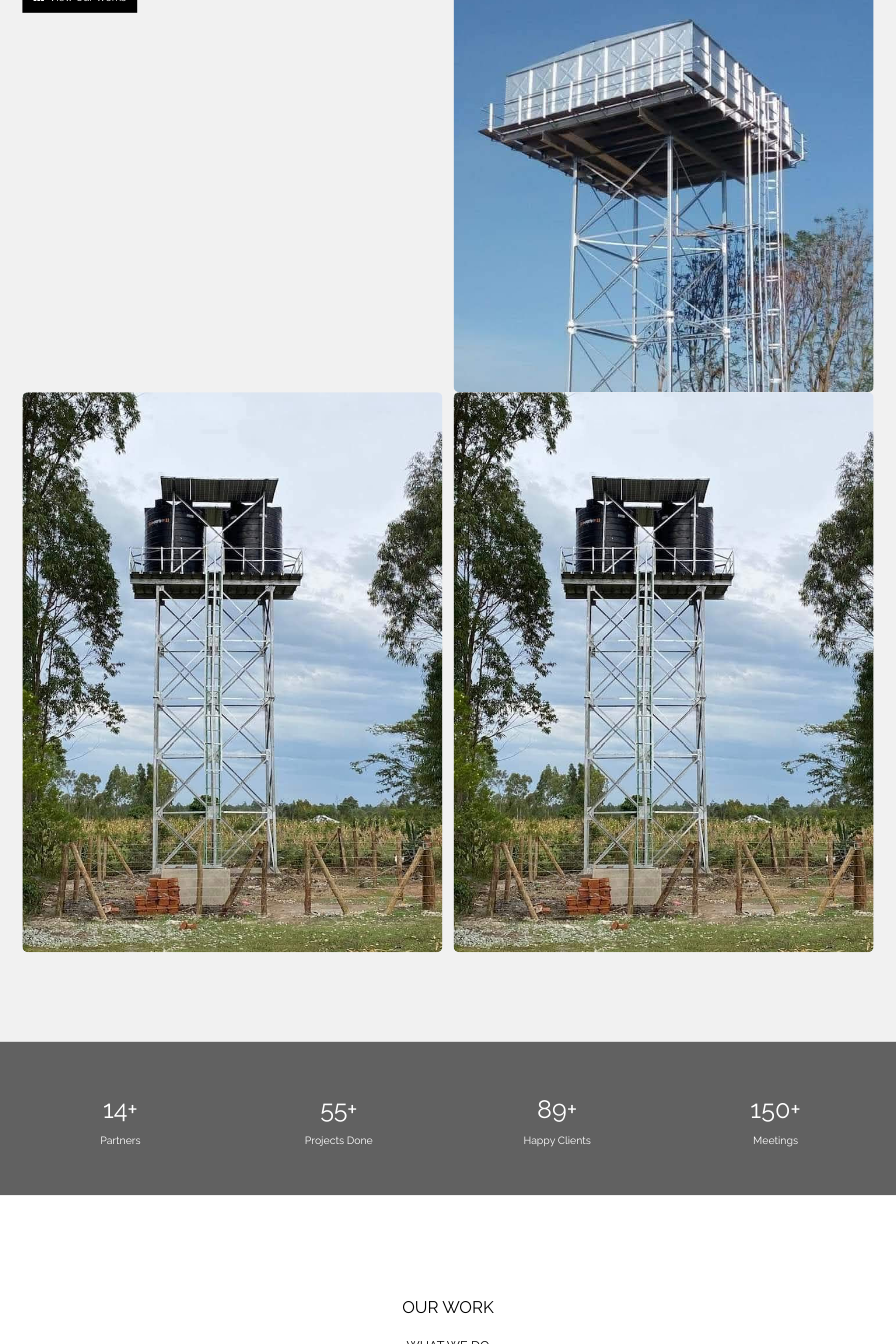
Repository: peterclermy232/LAZCOM
Page: index.html
The author's editor kept a copy of each file at every save. The page is drawn from the files as they stood at one save, then again after a run of saves.
The browser window is 1280 px wide. The pictures show the part of the page from y = 2065 to 3985 px (the page is 7470 px tall), at 70% of full size.
A picture or video elsewhere on the page could not be fetched, so the positions and the page height are approximate.

Above is the page before, as saved 2022-06-23 08:23:52.

### index.html
<!DOCTYPE html>
<html>
<head>
<title>LAZCOM SOLAR AND ELECTRICALS SERVICES</title>
<meta charset="UTF-8">
<meta name="viewport" content="width=device-width, initial-scale=1">
<link rel="stylesheet" href="https://www.w3schools.com/w3css/4/w3.css">
<link rel="stylesheet" href="https://fonts.googleapis.com/css?family=Raleway">
<link rel="stylesheet" href="https://cdnjs.cloudflare.com/ajax/libs/font-awesome/4.7.0/css/font-awesome.min.css">
<style>
body,h1,h2,h3,h4,h5,h6 {font-family: "Raleway", sans-serif}

body, html {
  height: 100%;
  line-height: 1.8;
}

/* Full height image header */
.bgimg-1 {
  background-position: center;
  background-size: cover;
  background-image: url("images/sunsolar.jpeg");
  min-height: 100%;
}

.w3-bar .w3-button {
  padding: 16px;
}
</style>
</head>
<body>

<!-- Navbar (sit on top) -->
<div class="w3-top">
  <div class="w3-bar w3-white w3-card" id="myNavbar">

    <a href="#home" class="w3-bar-item w3-button w3-wide">
        <img src="images/images.png" alt="" style="width: 45%;">
    </a>
    <!-- Right-sided navbar links -->
    <div class="w3-right w3-hide-small">
      <a href="#about" class="w3-bar-item w3-button">ABOUT</a>
      <a href="#team" class="w3-bar-item w3-button"><i class="fa fa-user"></i> REFERENCES</a>
      <a href="#work" class="w3-bar-item w3-button"><i class="fa fa-th"></i> WORK</a>
      <!--<a href="#pricing" class="w3-bar-item w3-button"><i class="fa fa-usd"></i> PRICING</a>-->
      <a href="#contact" class="w3-bar-item w3-button"><i class="fa fa-envelope"></i> CONTACT</a>
    </div>
    <!-- Hide right-floated links on small screens and replace them with a menu icon -->

    <a href="javascript:void(0)" class="w3-bar-item w3-button w3-right w3-hide-large w3-hide-medium" onclick="w3_open()">
      <i class="fa fa-bars"></i>
    </a>
  </div>
</div>

<!-- Sidebar on small screens when clicking the menu icon -->
<nav class="w3-sidebar w3-bar-block w3-black w3-card w3-animate-left w3-hide-medium w3-hide-large" style="display:none" id="mySidebar">
  <a href="javascript:void(0)" onclick="w3_close()" class="w3-bar-item w3-button w3-large w3-padding-16">Close ×</a>
  <a href="#about" onclick="w3_close()" class="w3-bar-item w3-button">ABOUT</a>
  <a href="#team" onclick="w3_close()" class="w3-bar-item w3-button">REFERENCES</a>
  <a href="#work" onclick="w3_close()" class="w3-bar-item w3-button">WORK</a>
  <!--<a href="#pricing" onclick="w3_close()" class="w3-bar-item w3-button">PRICING</a>-->
  <a href="#contact" onclick="w3_close()" class="w3-bar-item w3-button">CONTACT</a>
</nav>

<!-- Header with full-height image -->
<header class="bgimg-1 w3-display-container w3-grayscale-min" id="home">
  <div class="w3-display-left w3-text-white" style="padding:48px">
    <span class="w3-jumbo w3-hide-small" style="color: green;">Services beyond you expectations</span><br>
    <span class="w3-xxlarge w3-hide-large w3-hide-medium">Start something that matters</span><br>
    <span class="w3-large">Lazcom is here to help you stay in a well ventilate house.</span>
    <p><a href="#about" class="w3-button w3-white w3-padding-large w3-large w3-margin-top w3-opacity w3-hover-opacity-off">Learn more and start today</a></p>
  </div>
  <div class="w3-display-bottomleft w3-text-grey w3-large" style="padding:24px 48px">

</header>

<!-- About Section -->
<div class="w3-container" style="padding:128px 16px" id="about">
  <h3 class="w3-center">ABOUT THE COMPANY</h3>
  <p class="w3-center w3-large">Key features of our company</p>
  <div class="w3-row-padding w3-center" style="margin-top:64px">
    <h3 style="text-align: center;">COMPANY PROFILE</h3>
<p>Lazcom Solar and Electrical Services Limited is a Company registered in Kenya
    in accordance to chap. 486 of Company’s act. Started in 2009 as a sole
    proprietorship, Lazcom Solar has grown in customer base and service and it
    was then registered as a Limited Company in Kenya in 2013.
    We
    specialize
    in
    design,
    selection,
    purchase,
    servicing,
    maintenance,
    replacement, installation, testing and commissioning of all types of green
    energy solutions up to and including solar water heating system, power back up
    systems,Borehole drilling and Equiping, solar water pump installation and to
    carry on business as consultants, advisers and service providers in respect of</p>
</div>
    <div class="">

      <p class="w3-large">Visson</p>
      <p>To be a leading alternative energy solutions provider by offering affordable and
        environmental friendly green energy solar solutions beyond the expectations of
        our clients.</p>
    </div>
    <div class="" style="margin: auto;">

      <p class="w3-large">Mission</p>
      <p>To satisfy our customers by offering efficient, effective, environmental friendly
        and affordable electric light, heating and power supplies using the latest
        technology and state of the art equipment for both commercial and residential
        use in accordance to our clients' needs.</p>
    </div>
</div>
    <div class="image">

        <p style="text-align: center;">Values</p>
        <p style="text-align: center;">Our Values Define our Being:</p>
        <div class="fakeimg">
            <ul>
              <li>We accept that challenges make us stronger and we enjoy the satisfaction of a
                job well done. We take action, make things real, work smart, have fun, and
                maintain a positive outlook in all things we do.</li>
              <li>We lead by example and use honesty, integrity, and open communications in all
                of our interactions.</li>
              <li>We strive to continually grow and improve as individuals, as a team, and as a
                company.</li>
              <li>We maintain a cost conscious attitude, promote increased efficiency, and
                ensure quality, which leads to a competitive edge in the marketplace.</li>
              <li>Sustainability and environmental stewardship through alternative energy
                sources and renewable energy systems is the core of our business, not only in
                our products and services we offer, but also the way we operate.</li>
              <li>We achieve customer satisfaction by honoring our commitments, exceeding
                expectations, and providing the highest quality products and service.</li>
            </ul>
          </div>
      </div>
</div>

<!-- Promo Section - "We know design" -->
<div class="w3-container w3-light-grey" style="padding:128px 16px">
  <div class="w3-row-padding">
    <div class="w3-col m6">
      <p><a href="#work" class="w3-button w3-black"><i class="fa fa-th"> </i> View Our Works</a></p>
    </div>
    <div class="w3-col m6">
      <img class="w3-image w3-round-large" src="images/metal.jpeg" alt="Buildings" width="700" height="394">
    </div>
    <div class="w3-col m6">

      <img class="w3-image w3-round-large" src="images/tank.jpeg" alt="Buildings" width="700" height="394">
    </div>
    <div class="w3-col m6">

      <img class="w3-image w3-round-large" src="images/tank.jpeg" alt="Buildings" width="700" height="394">
    </div>
  </div>
</div>

<!-- Team Section -->
<!-- Promo Section "Statistics" -->
<div class="w3-container w3-row w3-center w3-dark-grey w3-padding-64">
  <div class="w3-quarter">
    <span class="w3-xxlarge">14+</span>
    <br>Partners
  </div>
  <div class="w3-quarter">
    <span class="w3-xxlarge">55+</span>
    <br>Projects Done
  </div>
  <div class="w3-quarter">
    <span class="w3-xxlarge">89+</span>
    <br>Happy Clients
  </div>
  <div class="w3-quarter">
    <span class="w3-xxlarge">150+</span>
    <br>Meetings
  </div>
</div>

<!-- Work Section -->
<div class="w3-container" style="padding:128px 16px" id="work">
  <h3 class="w3-center">OUR WORK</h3>
  <p class="w3-center w3-large">WHAT WE DO</p>

  <div class="w3-row-padding" style="margin-top:64px">
    <div class="w3-col l3 m6">
      <div class="w3-quarter">
        <img src="images/person1.jpeg" alt="">
      </div>

    </div>
   <!-- <div class="w3-col l3 m6">
      <div class="w3-quarter">
        <img src="images/person2.jpeg" alt="">
      </div>
    </div>
    -->
    <div class="w3-col l3 m6">
      <div class="w3-quarter">
        <img src="images/machine.jpeg" alt="">
      </div>
    </div>
  </div>

  <div class="w3-row-padding" style="margin-top:64px">
    <div class="w3-col l3 m6">
        <ol>
            <li>Designs, installations and Maintainance.</li>
            <li>Solar energy(lighting,water heating,pumping and street lighting)</li>
            <li>Power back-up system installation and maintainance</li>
            <li>Service and maintainance contracts</li>
            <li>Water pumps and Borehole services(Drilling and Equiping).</li>
            <li>General electrical designs and installations.</li>
            <li>Swimming pool design,installation and maintainance.</li>
          </ol>
    </div>
    <div class="w3-col l3 m6">
        <ol>
            <h3>We supply and install:</h3>
            <div>
              <li>Solar panels</li>
              <li>Generators</li>
              <li>Solar batteries</li>
              <li>Water pumps</li>
              <li>Inverters</li>
              <li>Electrical and plumbling</li>
              <li>Solar water heating systems</li>
              <li>Wiring</li>
              </div>
        </ol>
    </div>
    <div class="w3-col l3 m6">
        <h5>P.V application</h5>
        <ol>
          <li>Household appliances e.g. TVs, radio, home theatre, laptops etc</li>
          <li>Water pumping for small scale remote irrigation, stock watering and
            residential use.</li>
          <li>Lighting for residential needs, billboards, security, street lights, parking
            lots, pathways and schools.</li>
          <li>Refrigeration for medical and recreational uses.</li>
        </ol>
    </div>
    <div class="w3-col l3 m6">
        <p>Advantages of solar lighting</p>
  <ol>
    <li>Reliability</li>
    <li>Low operating costs</li>
    <li>Low environmental pollution</li>
    <li>Stand alone capability</li>
    <li>Portability</li>
    <li>Modularity</li>
    <li>Safety</li>
    <li>Ease of installation</li>
  </ol>
    </div>
  </div>

  <div class="w3-row-padding w3-section">
    <div class="w3-col l3 m6">
        <ol class=" flex-column">
            <h6><b>Solar powered water pumping systems (diagrams/pictures)</b></h6>
            <li class="nav-item">
              Grundfos -borehole applications
            </li>
            <li class="nav-item">
              Lorentzs pumps- for shallow wells,boreholes and booster applicati
            </li>
            <li class="nav-item">
              Dayliff pumps- shallow wells,surface and borehole pumps
            </li>
            <li class="nav-item">
              Solar security light
            </li>
            <li class="nav-item">
              Solar powered lanterns
            </li>
            <li class="nav-item">
              Solar garden lights
            </li>
            <li class="nav-item">
              Solar cell phone charger
            </li>
            <li class="nav-item">
              LED bulbs
            </li>
          </ol>
    </div>
    <div class="w3-col l3 m6">
        <p>Advantages of solar water system</p>
        <ol>
          <li>Energy Saving</li>
          <li>Use of free solar energy hence reduction of power bills.</li>
          <li>24 hours hot water</li>
          <li>Long life span-over 20 years</li>
          <li>Maintenance free system</li>
        </ol>
    </div>
    <div class="w3-col l3 m6">
        <p>Advantages of power backup systems</p>
        <ol>
          <li>Standby power in the event of main’s failure</li>
          <li>Alternative to generators which are expensive to maintain and fuel</li>
          <li>Instant and automatic changeover when the mains power fails</li>
          <li>Totally silent and non-polluting operation</li>
          <li>Very low running costs-just the power to charge the batteries</li>
        </ol>
    </div>
    <div class="w3-col l3 m6">
      <img src="/w3images/tech_tableturner.jpg" style="width:100%" onclick="onClick(this)" class="w3-hover-opacity" alt="A tableturner">
    </div>
  </div>
</div>

<!-- Modal for full size images on click-->
<div id="modal01" class="w3-modal w3-black" onclick="this.style.display='none'">
  <span class="w3-button w3-xxlarge w3-black w3-padding-large w3-display-topright" title="Close Modal Image">×</span>
  <div class="w3-modal-content w3-animate-zoom w3-center w3-transparent w3-padding-64">
    <img id="img01" class="w3-image">
    <p id="caption" class="w3-opacity w3-large"></p>
  </div>
</div>

<!-- Skills Section -->
<div class="w3-container w3-light-grey w3-padding-64">
  <div class="w3-row-padding">
    <div class="w3-col m6">
      <h3>Our Skills.</h3>
    <!--  <p>Lorem ipsum dolor sit amet, consectetur adipiscing elit, sed do eiusmod<br>
      tempor incididunt ut labore et dolore.</p>
      <p>Lorem ipsum dolor sit amet, consectetur adipiscing elit, sed do eiusmod<br>
      tempor incididunt ut labore et dolore.</p>
      -->
    </div>
    <div class="w3-col m6">
      <p class="w3-wide"><i class="fa fa-camera w3-margin-right"></i>Solar Installation</p>
      <div class="w3-grey">
        <div class="w3-container w3-dark-grey w3-center" style="width:90%">90%</div>
      </div>
      <p class="w3-wide"><i class="fa fa-desktop w3-margin-right"></i>Plumbing</p>
      <div class="w3-grey">
        <div class="w3-container w3-dark-grey w3-center" style="width:85%">85%</div>
      </div>
      <p class="w3-wide"><i class="fa fa-photo w3-margin-right"></i>Wiring</p>
      <div class="w3-grey">
        <div class="w3-container w3-dark-grey w3-center" style="width:75%">75%</div>
      </div>
    </div>
  </div>
</div>

<!-- Pricing Section
<div class="w3-container w3-center w3-dark-grey" style="padding:128px 16px" id="pricing">
  <h3>PRICING</h3>
  <p class="w3-large">Choose a pricing plan that fits your needs.</p>
  <div class="w3-row-padding" style="margin-top:64px">
    <div class="w3-third w3-section">
      <ul class="w3-ul w3-white w3-hover-shadow">
        <li class="w3-black w3-xlarge w3-padding-32">Basic</li>
        <li class="w3-padding-16"><b>10GB</b> Storage</li>
        <li class="w3-padding-16"><b>10</b> Emails</li>
        <li class="w3-padding-16"><b>10</b> Domains</li>
        <li class="w3-padding-16"><b>Endless</b> Support</li>
        <li class="w3-padding-16">
          <h2 class="w3-wide">$ 10</h2>
          <span class="w3-opacity">per month</span>
        </li>
        <li class="w3-light-grey w3-padding-24">
          <button class="w3-button w3-black w3-padding-large">Sign Up</button>
        </li>
      </ul>
    </div>
    <div class="w3-third">
      <ul class="w3-ul w3-white w3-hover-shadow">
        <li class="w3-red w3-xlarge w3-padding-48">Pro</li>
        <li class="w3-padding-16"><b>25GB</b> Storage</li>
        <li class="w3-padding-16"><b>25</b> Emails</li>
        <li class="w3-padding-16"><b>25</b> Domains</li>
        <li class="w3-padding-16"><b>Endless</b> Support</li>
        <li class="w3-padding-16">
          <h2 class="w3-wide">$ 25</h2>
          <span class="w3-opacity">per month</span>
        </li>
        <li class="w3-light-grey w3-padding-24">
          <button class="w3-button w3-black w3-padding-large">Sign Up</button>
        </li>
      </ul>
    </div>
    <div class="w3-third w3-section">
      <ul class="w3-ul w3-white w3-hover-shadow">
        <li class="w3-black w3-xlarge w3-padding-32">Premium</li>
        <li class="w3-padding-16"><b>50GB</b> Storage</li>
        <li class="w3-padding-16"><b>50</b> Emails</li>
        <li class="w3-padding-16"><b>50</b> Domains</li>
        <li class="w3-padding-16"><b>Endless</b> Support</li>
        <li class="w3-padding-16">
          <h2 class="w3-wide">$ 50</h2>
          <span class="w3-opacity">per month</span>
        </li>
        <li class="w3-light-grey w3-padding-24">
          <button class="w3-button w3-black w3-padding-large">Sign Up</button>
        </li>
      </ul>
    </div>
  </div>
</div>-->

<!-- Contact Section -->
<div class="w3-container w3-light-grey" style="padding:128px 16px" id="contact">
  <h3 class="w3-center">CONTACT</h3>
  <p class="w3-center w3-large">Lets get in touch. Send us a message:</p>
  <div style="margin-top:48px">
    <p><i class="fa fa-map-marker fa-fw w3-xxlarge w3-margin-right"></i> NAIROBI,Kenya</p>
    <p><i class="fa fa-phone fa-fw w3-xxlarge w3-margin-right"></i> Phone: +2547724394458 or +254753532902</p>
    <p><i class="fa fa-envelope fa-fw w3-xxlarge w3-margin-right"> </i> Email: lazkomsolar@gmail.com</p>
    <br>
  <!--  <form action="/action_page.php" target="_blank">
      <p><input class="w3-input w3-border" type="text" placeholder="Name" required name="Name"></p>
      <p><input class="w3-input w3-border" type="text" placeholder="Email" required name="Email"></p>
      <p><input class="w3-input w3-border" type="text" placeholder="Subject" required name="Subject"></p>
      <p><input class="w3-input w3-border" type="text" placeholder="Message" required name="Message"></p>
      <p>
        <button class="w3-button w3-black" type="submit">
          <i class="fa fa-paper-plane"></i> SEND MESSAGE
        </button>
      </p>
    </form>
  -->
    <!-- Image of location/map
    <img src="/w3images/map.jpg" class="w3-image w3-greyscale" style="width:100%;margin-top:48px">
    -->

  </div>
</div>
<div class="w3-container" style="padding:128px 16px" id="team">
    <h3 class="w3-center">REFERENCES:</h3>
    <p class="w3-center w3-large">The ones who we have worked For</p>
    <div class="w3-row-padding w3-grayscale" style="margin-top:64px">
      <div class="w3-col l3 m6 w3-margin-bottom">
          <div class="w3-container">

              <li style="color:red">Loreto srs....Maryward cent
                ...contact..0720953022</li>
            <p>Solar hot water systems...12no.units</p>
            <p>Borehole services</p>
            <p>Generator services</p>
            </li>
          </div>

      </div>
      <div class="w3-col l3 m6 w3-margin-bottom">

          <div class="w3-container">
            <li style="color:red">missionaries of Africa....Contact..
                0718080276</li>
                <p>Solar hot water systems....3units</p>
                <p>Inverter systems....5kw system.</p>
            </li>
          </div>

      </div>
      <div class="w3-col l3 m6 w3-margin-bottom">
          <div class="w3-container">
            <li style="color:red"> Consolata sisters:......
                contact:sr.karthy....0712588471</li>
                <p>Solar hot water systems...6units.</p>
                <p>Borehole services...2no.borehole.</p>
            </li>
          </div>

      </div>
      <div class="w3-col l3 m6 w3-margin-bottom">
          <div class="w3-container">
            <li style="color:red">Hekima University college............Contact:Fr.Elius..0720836944</li>
            <p>Solar hot water systems......8units.</p>
            <p>Borehole services....1no.</p>
            <p>Generator services.</p>
            </li>
          </div>

      </div>
    </div>
  </div>


<!-- Footer -->
<footer class="w3-center w3-black w3-padding-64">
  <a href="#home" class="w3-button w3-light-grey"><i class="fa fa-arrow-up w3-margin-right"></i>To the top</a>
  <div class="w3-xlarge w3-section">
    <i class="fa fa-facebook-official w3-hover-opacity"></i>
    <i class="fa fa-instagram w3-hover-opacity"></i>
    <i class="fa fa-snapchat w3-hover-opacity"></i>
    <i class="fa fa-pinterest-p w3-hover-opacity"></i>
    <i class="fa fa-twitter w3-hover-opacity"></i>
    <i class="fa fa-linkedin w3-hover-opacity"></i>
  </div>
 <!--<p>Powered by <a href="https://www.w3schools.com/w3css/default.asp" title="W3.CSS" target="_blank" class="w3-hover-text-green">w3.css</a></p>-->
</footer>

<script>
// Modal Image Gallery
function onClick(element) {
  document.getElementById("img01").src = element.src;
  document.getElementById("modal01").style.display = "block";
  var captionText = document.getElementById("caption");
  captionText.innerHTML = element.alt;
}


// Toggle between showing and hiding the sidebar when clicking the menu icon
var mySidebar = document.getElementById("mySidebar");

function w3_open() {
  if (mySidebar.style.display === 'block') {
    mySidebar.style.display = 'none';
  } else {
    mySidebar.style.display = 'block';
  }
}

// Close the sidebar with the close button
function w3_close() {
    mySidebar.style.display = "none";
}
</script>

</body>
</html>

After the next 2 saves:
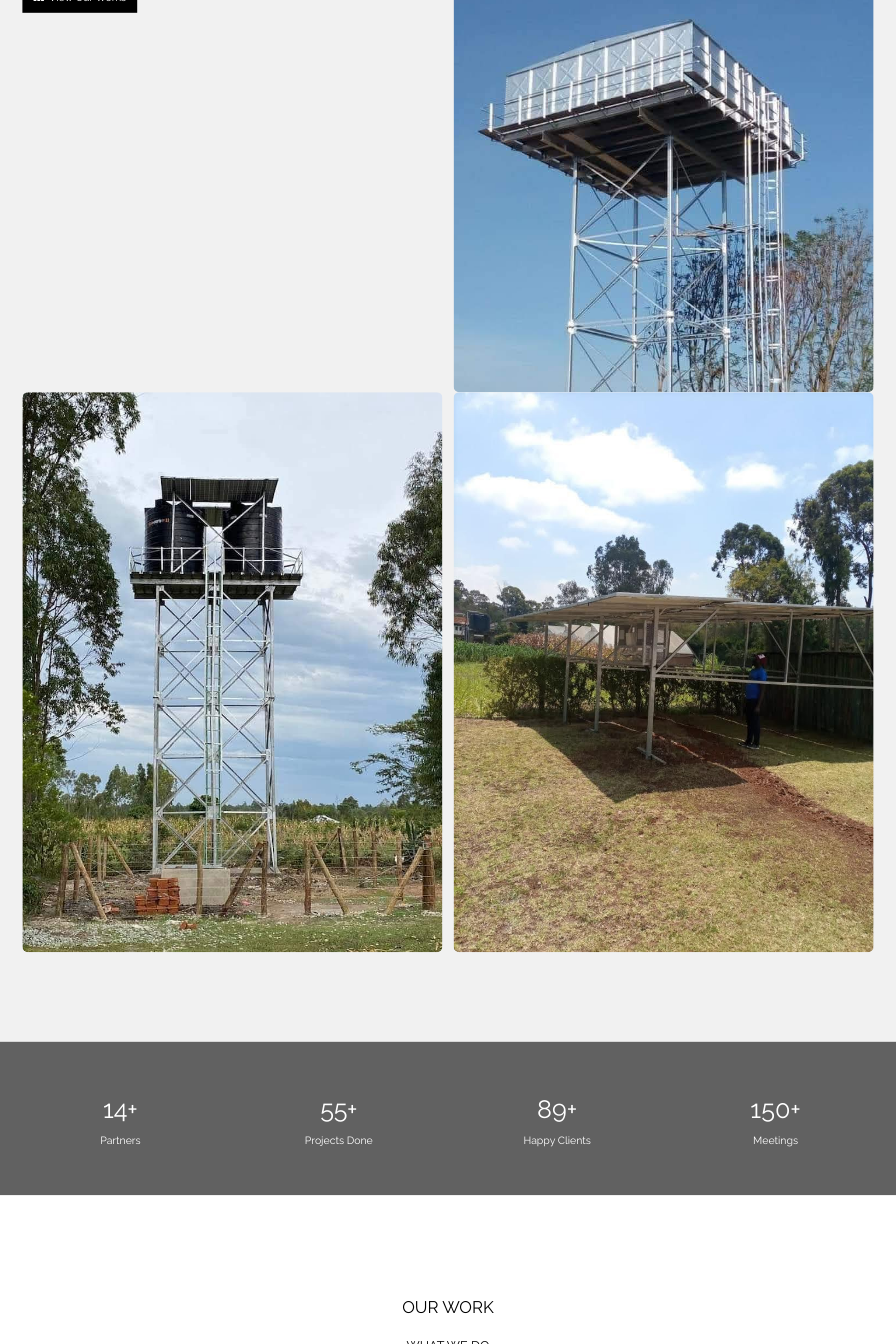
The 2 saves are shown as one change because they came seconds apart.
The last was saved 52 s later.
--- a/index.html
+++ b/index.html
@@ -154,7 +154,7 @@ body, html {
     </div>
     <div class="w3-col m6">
 
-      <img class="w3-image w3-round-large" src="images/tank.jpeg" alt="Buildings" width="700" height="394">
+      <img class="w3-image w3-round-large" src="images/person2.jpeg" alt="Buildings" width="700" height="394">
     </div>
   </div>
 </div>
